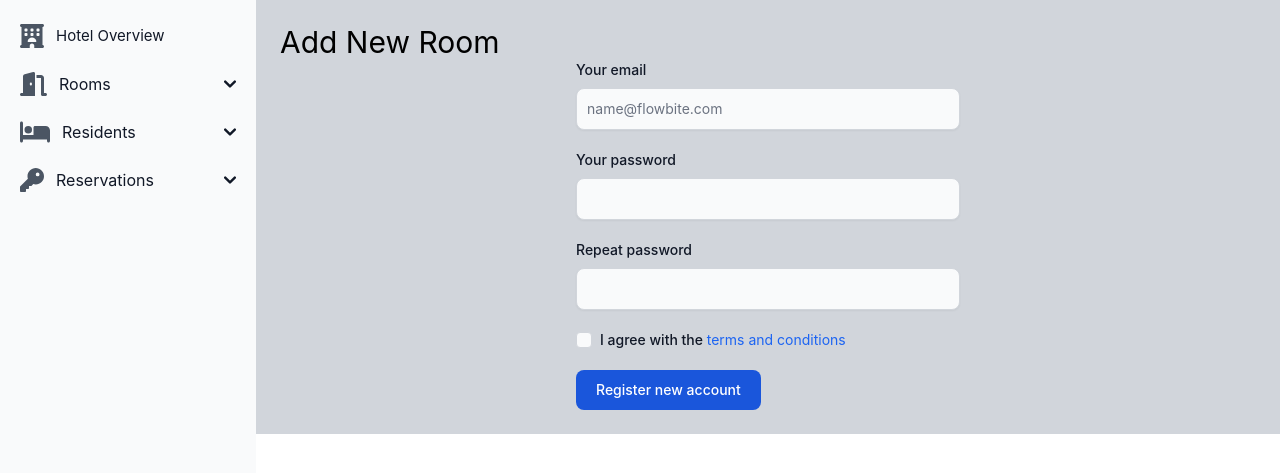
Repository: aggepap/hotelReservationsProj
Page: /rooms/add (app in admin-panel/)
An editor plug-in stored every save of this project. The page is shown before and after the next save, followed by the edit.
The browser window is 1280 px wide. The pictures show the whole page.
The project was rebuilt for these pictures with package versions that can differ from the ones it lists, and the page was loaded fresh each time. Also part of the build but not shown: admin-panel/vite.config.ts, admin-panel/src/views/HomeView.vue.

Above is the page before, as saved 2025-01-19 15:51:23.

### admin-panel/index.html
<!DOCTYPE html>
<html lang="">
  <head>
    <meta charset="UTF-8" />
    <link rel="icon" href="/favicon.ico" />
    <meta name="viewport" content="width=device-width, initial-scale=1.0" />
    <title>Vite App</title>
  </head>
  <body>
    <div id="app"></div>
    <script type="module" src="/src/main.ts"></script>
  </body>
</html>

### admin-panel/src/main.ts
import "./assets/main.css";
import "primeicons/primeicons.css";
import "flowbite";

import { createApp } from "vue";
import App from "./App.vue";
import router from "./router";

const app = createApp(App);

app.use(router);

app.mount("#app");

### admin-panel/src/assets/main.css
@import "./base.css";
@tailwind base;
@tailwind components;
@tailwind utilities;

### admin-panel/src/App.vue
<script setup lang="ts">
import { RouterLink, RouterView } from "vue-router";
import { FontAwesomeIcon } from "@fortawesome/vue-fontawesome";
import { faDoorOpen } from "@fortawesome/free-solid-svg-icons";
import { faHotel } from "@fortawesome/free-solid-svg-icons";
import { faBed } from "@fortawesome/free-solid-svg-icons";
import { faKey } from "@fortawesome/free-solid-svg-icons";
</script>

<template>
  <button
    data-drawer-target="sidebar-multi-level-sidebar"
    data-drawer-toggle="sidebar-multi-level-sidebar"
    aria-controls="sidebar-multi-level-sidebar"
    type="button"
    class="inline-flex items-center p-2 mt-2 ms-3 text-sm text-gray-500 rounded-lg sm:hidden hover:bg-gray-100 focus:outline-none focus:ring-2 focus:ring-gray-200 dark:text-gray-400 dark:hover:bg-gray-700 dark:focus:ring-gray-600"
  >
    <span class="sr-only">Open sidebar</span>
    <svg
      class="w-6 h-6"
      aria-hidden="true"
      fill="currentColor"
      viewBox="0 0 20 20"
      xmlns="http://www.w3.org/2000/svg"
    >
      <path
        clip-rule="evenodd"
        fill-rule="evenodd"
        d="M2 4.75A.75.75 0 012.75 4h14.5a.75.75 0 010 1.5H2.75A.75.75 0 012 4.75zm0 10.5a.75.75 0 01.75-.75h7.5a.75.75 0 010 1.5h-7.5a.75.75 0 01-.75-.75zM2 10a.75.75 0 01.75-.75h14.5a.75.75 0 010 1.5H2.75A.75.75 0 012 10z"
      ></path>
    </svg>
  </button>
  <section class="flex flex-row justify-between items-center">
    <aside
      id="sidebar-multi-level-sidebar"
      class="fixed top-0 left-0 z-40 w-64 h-screen transition-transform -translate-x-full sm:translate-x-0"
      aria-label="Sidebar"
    >
      <div class="h-full px-3 py-4 overflow-y-auto bg-gray-50 dark:bg-gray-800">
        <ul class="space-y-2 font-medium">
          <li>
            <a
              href="#"
              class="flex items-center p-2 text-gray-900 rounded-lg dark:text-white hover:bg-gray-100 dark:hover:bg-gray-700 group"
            >
              <FontAwesomeIcon class="text-gray-600 text-2xl" :icon="faHotel" />
              <span class="ms-3">Hotel Overview</span>
            </a>
          </li>
          <li>
            <button
              type="button"
              class="flex items-center w-full p-2 text-base text-gray-900 transition duration-75 rounded-lg group hover:bg-gray-100 dark:text-white dark:hover:bg-gray-700"
              aria-controls="dropdown-rooms"
              data-collapse-toggle="dropdown-rooms"
            >
              <FontAwesomeIcon
                class="text-gray-600 text-2xl"
                :icon="faDoorOpen"
              />

              <span
                class="flex-1 ms-3 text-left rtl:text-right whitespace-nowrap"
                >Rooms</span
              >
              <svg
                class="w-3 h-3"
                aria-hidden="true"
                xmlns="http://www.w3.org/2000/svg"
                fill="none"
                viewBox="0 0 10 6"
              >
                <path
                  stroke="currentColor"
                  stroke-linecap="round"
                  stroke-linejoin="round"
                  stroke-width="2"
                  d="m1 1 4 4 4-4"
                />
              </svg>
            </button>
            <ul id="dropdown-rooms" class="hidden py-2 space-y-2">
              <li>
                <RouterLink
                  to="/rooms/add"
                  class="flex justify-start gap-2 items-start w-full p-2 text-gray-900 transition duration-75 rounded-lg pl-11 group hover:bg-gray-100 dark:text-white dark:hover:bg-gray-700"
                >
                  <i class="pi pi-plus pt-1"></i> Add new Room</RouterLink
                >
              </li>
            </ul>
          </li>
          <li>
            <button
              type="button"
              class="flex items-center w-full p-2 text-base text-gray-900 transition duration-75 rounded-lg group hover:bg-gray-100 dark:text-white dark:hover:bg-gray-700"
              aria-controls="dropdown-residents"
              data-collapse-toggle="dropdown-residents"
            >
              <FontAwesomeIcon class="text-gray-600 text-2xl" :icon="faBed" />

              <span
                class="flex-1 ms-3 text-left rtl:text-right whitespace-nowrap"
                >Residents</span
              >
              <svg
                class="w-3 h-3"
                aria-hidden="true"
                xmlns="http://www.w3.org/2000/svg"
                fill="none"
                viewBox="0 0 10 6"
              >
                <path
                  stroke="currentColor"
                  stroke-linecap="round"
                  stroke-linejoin="round"
                  stroke-width="2"
                  d="m1 1 4 4 4-4"
                />
              </svg>
            </button>
            <ul id="dropdown-residents" class="hidden py-2 space-y-2">
              <li>
                <a
                  href="#"
                  class="flex justify-start gap-2 items-start w-full p-2 text-gray-900 transition duration-75 rounded-lg pl-11 group hover:bg-gray-100 dark:text-white dark:hover:bg-gray-700"
                >
                  <i class="pi pi-plus pt-1"></i> Add a Resident</a
                >
              </li>
            </ul>
          </li>
          <li>
            <button
              type="button"
              class="flex items-center w-full p-2 text-base text-gray-900 transition duration-75 rounded-lg group hover:bg-gray-100 dark:text-white dark:hover:bg-gray-700"
              aria-controls="dropdown-reservations"
              data-collapse-toggle="dropdown-reservations"
            >
              <FontAwesomeIcon class="text-gray-600 text-2xl" :icon="faKey" />

              <span
                class="flex-1 ms-3 text-left rtl:text-right whitespace-nowrap"
                >Reservations</span
              >
              <svg
                class="w-3 h-3"
                aria-hidden="true"
                xmlns="http://www.w3.org/2000/svg"
                fill="none"
                viewBox="0 0 10 6"
              >
                <path
                  stroke="currentColor"
                  stroke-linecap="round"
                  stroke-linejoin="round"
                  stroke-width="2"
                  d="m1 1 4 4 4-4"
                />
              </svg>
            </button>
            <ul id="dropdown-reservations" class="hidden py-2 space-y-2">
              <li>
                <a
                  href="#"
                  class="flex justify-start gap-2 items-start w-full p-2 text-gray-900 transition duration-75 rounded-lg pl-11 group hover:bg-gray-100 dark:text-white dark:hover:bg-gray-700"
                >
                  <i class="pi pi-plus pt-1"></i> Add a Reservation</a
                >
              </li>
            </ul>
          </li>
        </ul>
      </div>
    </aside>

    <main class="flex items-start h-screen w-full pl-64">
      <div class="mx-auto w-full md:p-6 bg-gray-300 pt-12">
        <RouterView />
      </div>
    </main>
  </section>
</template>

### admin-panel/src/router/index.ts
import { createRouter, createWebHistory } from "vue-router";
import HomeView from "../views/HomeView.vue";
import AddRoomView from "@/views/roomviews/AddRoomView.vue";

const router = createRouter({
  history: createWebHistory(import.meta.env.BASE_URL),
  routes: [
    {
      path: "/",
      name: "home",
      component: HomeView,
    },
    {
      path: "/rooms/add",
      name: "addRoom",
      component: AddRoomView,
    },
    {
      path: "/about",
      name: "about",
      // route level code-splitting
      // this generates a separate chunk (About.[hash].js) for this route
      // which is lazy-loaded when the route is visited.
      component: () => import("../views/AboutView.vue"),
    },
  ],
});

export default router;

### admin-panel/src/views/roomviews/AddRoomView.vue
<script setup></script>

<template>
  <h2 class="text-black text-3xl mx-auto">Add New Room</h2>
  <form class="max-w-sm mx-auto">
    <div class="mb-5">
      <label
        for="email"
        class="block mb-2 text-sm font-medium text-gray-900 dark:text-white"
        >Your email</label
      >
      <input
        type="email"
        id="email"
        class="shadow-sm bg-gray-50 border border-gray-300 text-gray-900 text-sm rounded-lg focus:ring-blue-500 focus:border-blue-500 block w-full p-2.5 dark:bg-gray-700 dark:border-gray-600 dark:placeholder-gray-400 dark:text-white dark:focus:ring-blue-500 dark:focus:border-blue-500 dark:shadow-sm-light"
        placeholder="name@flowbite.com"
        required
      />
    </div>
    <div class="mb-5">
      <label
        for="password"
        class="block mb-2 text-sm font-medium text-gray-900 dark:text-white"
        >Your password</label
      >
      <input
        type="password"
        id="password"
        class="shadow-sm bg-gray-50 border border-gray-300 text-gray-900 text-sm rounded-lg focus:ring-blue-500 focus:border-blue-500 block w-full p-2.5 dark:bg-gray-700 dark:border-gray-600 dark:placeholder-gray-400 dark:text-white dark:focus:ring-blue-500 dark:focus:border-blue-500 dark:shadow-sm-light"
        required
      />
    </div>
    <div class="mb-5">
      <label
        for="repeat-password"
        class="block mb-2 text-sm font-medium text-gray-900 dark:text-white"
        >Repeat password</label
      >
      <input
        type="password"
        id="repeat-password"
        class="shadow-sm bg-gray-50 border border-gray-300 text-gray-900 text-sm rounded-lg focus:ring-blue-500 focus:border-blue-500 block w-full p-2.5 dark:bg-gray-700 dark:border-gray-600 dark:placeholder-gray-400 dark:text-white dark:focus:ring-blue-500 dark:focus:border-blue-500 dark:shadow-sm-light"
        required
      />
    </div>
    <div class="flex items-start mb-5">
      <div class="flex items-center h-5">
        <input
          id="terms"
          type="checkbox"
          value=""
          class="w-4 h-4 border border-gray-300 rounded bg-gray-50 focus:ring-3 focus:ring-blue-300 dark:bg-gray-700 dark:border-gray-600 dark:focus:ring-blue-600 dark:ring-offset-gray-800 dark:focus:ring-offset-gray-800"
          required
        />
      </div>
      <label
        for="terms"
        class="ms-2 text-sm font-medium text-gray-900 dark:text-gray-300"
        >I agree with the
        <a href="#" class="text-blue-600 hover:underline dark:text-blue-500"
          >terms and conditions</a
        ></label
      >
    </div>
    <button
      type="submit"
      class="text-white bg-blue-700 hover:bg-blue-800 focus:ring-4 focus:outline-none focus:ring-blue-300 font-medium rounded-lg text-sm px-5 py-2.5 text-center dark:bg-blue-600 dark:hover:bg-blue-700 dark:focus:ring-blue-800"
    >
      Register new account
    </button>
  </form>
</template>

### admin-panel/tailwind.config.js
/** @type {import('tailwindcss').Config} */
export default {
  content: [
    "./index.html",
    "./src/**/*.{vue,js,ts,jsx,tsx}",
    "./node_modules/flowbite/**/*.js",
  ],
  theme: {
    extend: {},
  },
  plugins: [require("flowbite/plugin")],
};

Loaded but not shown: admin-panel/src/assets/base.css (common file)

After the next save:
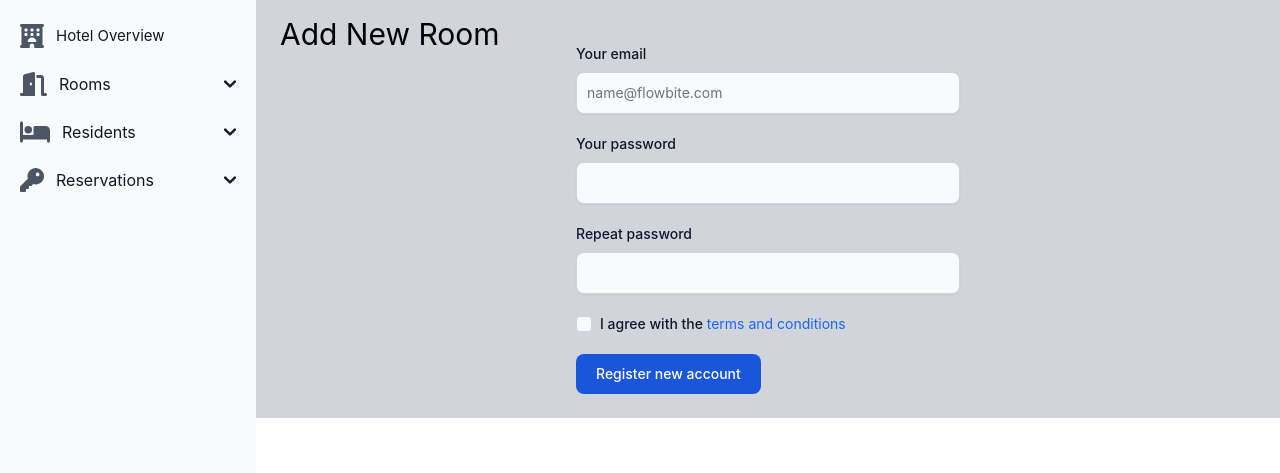
Saved 7 s later.
--- a/admin-panel/src/views/roomviews/AddRoomView.vue
+++ b/admin-panel/src/views/roomviews/AddRoomView.vue
@@ -1,7 +1,7 @@
 <script setup></script>
 
 <template>
-  <h2 class="text-black text-3xl mx-auto">Add New Room</h2>
+  <h2 class="text-black text-3xl mx-auto leading-5">Add New Room</h2>
   <form class="max-w-sm mx-auto">
     <div class="mb-5">
       <label
